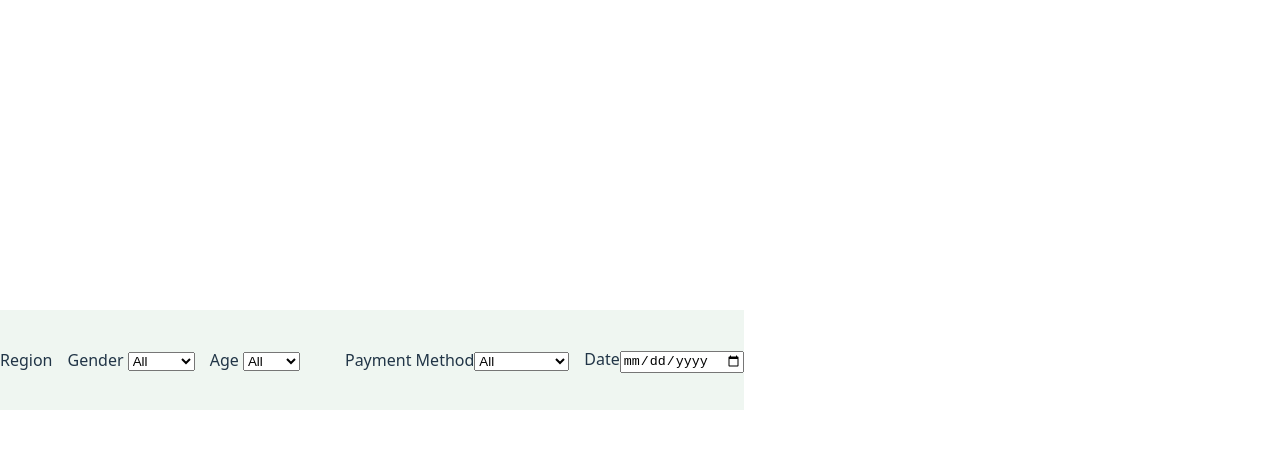
Repository: SandeepYadav18717/TruEstae
Page: / (app in TruEstae/)
The author's editor kept a copy of each file at every save. The page is drawn from the files as they stood at one save, then again after the next save.
The browser window is 1280 px wide. The pictures show the whole page.
The project was rebuilt for these pictures with package versions that can differ from the ones it lists, and the page was loaded fresh each time. Also part of the build but not shown: TruEstae/vite.config.js, TruEstae/src/App.css, TruEstae/src/Styles/Logo.css, TruEstae/src/Pages/Logo.jsx, TruEstae/src/Styles/search_bar.css, TruEstae/src/components/search_bar.jsx.

Above is the page before, as saved 2025-12-06 21:29:00.

### TruEstae/index.html
<!doctype html>
<html lang="en">
  <head>
    <meta charset="UTF-8" />
    <link rel="icon" type="image/svg+xml" href="/vite.svg" />
    <meta name="viewport" content="width=device-width, initial-scale=1.0" />
    <title>javascript</title>
  </head>
  <body>
    <div id="root"></div>
    <script type="module" src="/src/main.jsx"></script>
  </body>
</html>

### TruEstae/src/App.jsx
import { useState } from 'react'
import reactLogo from './assets/react.svg'
import viteLogo from '/vite.svg'
import './App.css'

import Logo from './Pages/Logo.jsx'
import SearchBar from './components/search_bar.jsx'
import Home from './Pages/Home.jsx'

function App() {
  return (
    <>


     <Home />
    </>
  )
}

export default App

### TruEstae/src/Pages/Home.jsx
import Logo from './Logo.jsx';
import SearchBar from '../components/search_bar.jsx'
import '../Styles/Home.css';
function Home() {
  return (
    <>
    <div className="Container_Ui">
        <div id ="Customer_Region">
             <label>Region </label>
        </div>


        <div id ="Gender">
            <label>Gender </label>
               <select>
            <option>All</option>
            <option>Male</option>
            <option>Female</option>
            <option>Other</option>
          </select>
        </div>


        <div id ="Age">
            <label>Age </label>
             <select>
            <option>All</option>
            <option>18-25</option>
            <option>26-35</option>
            <option>36-50</option>
            <option>50+</option>
          </select>
        </div>
        <div id ="Product_Category"></div>
        <div id ="Tags"></div>



        <div id ="Payment_Method">
            <label>Payment Method</label>
          <select>
            <option>All</option>
            <option>Cash</option>
            <option>Card</option>
            <option>UPI</option>
            <option>Net Banking</option>
          </select>
        </div>


        <div id ="Date">
            <label>Date</label>
          <input type="date" />

        </div>
    </div>
    </>
    )
    }
    export default Home;

### TruEstae/src/Styles/Home.css
.Container_Ui {
  display: flex;
  gap:15px;
  flex-direction: Row;
  align-items: center;
  justify-content: center;
  height: 100vh;
  background-color: #eff6f1;
  height:100px;
  width: 100%;
}

Loaded but not shown: TruEstae/src/main.jsx (common file); TruEstae/src/index.css (common file)

After the next save:
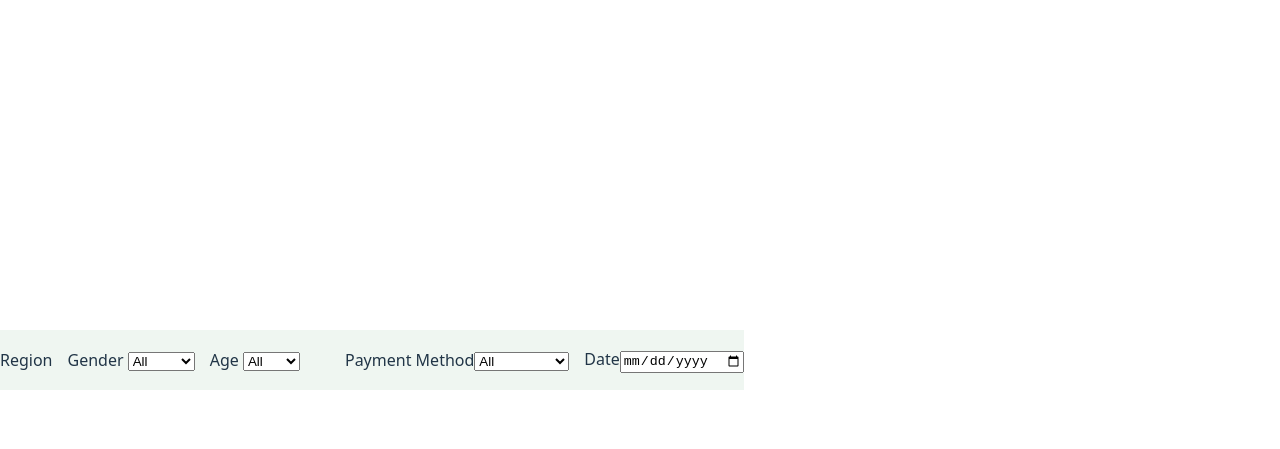
Saved 9 s later.
--- a/TruEstae/src/Styles/Home.css
+++ b/TruEstae/src/Styles/Home.css
@@ -6,6 +6,6 @@
   justify-content: center;
   height: 100vh;
   background-color: #eff6f1;
-  height:100px;
+  height:60px;
   width: 100%;
 }
